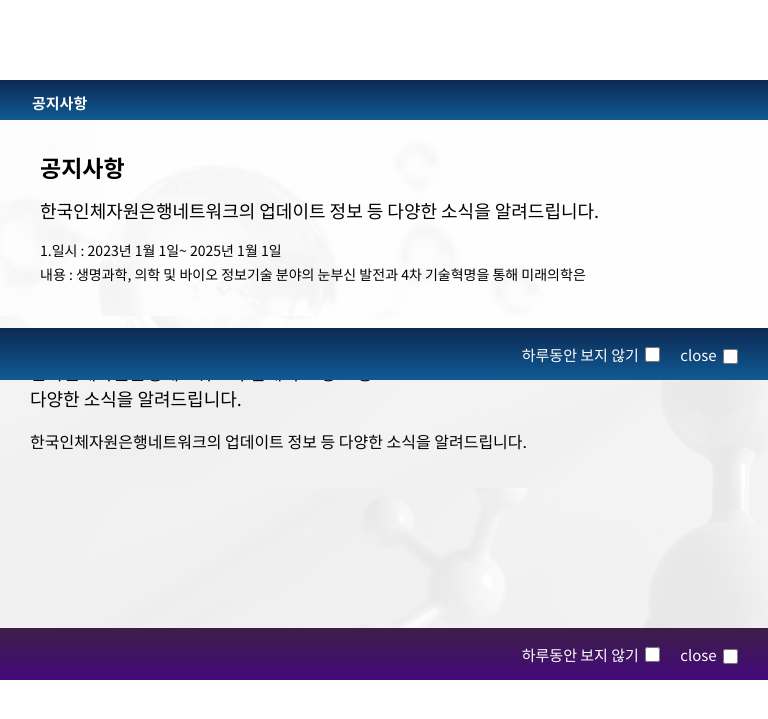
Repository: dlgywls1130/common_popup
Page: index.html
An editor plug-in stored every save of this project. The page is shown before and after the next save, followed by the edit.
The browser window is 768 px wide. The pictures show the whole page.

Above is the page before, as saved 2023-10-26 01:04:25.

After the next save:
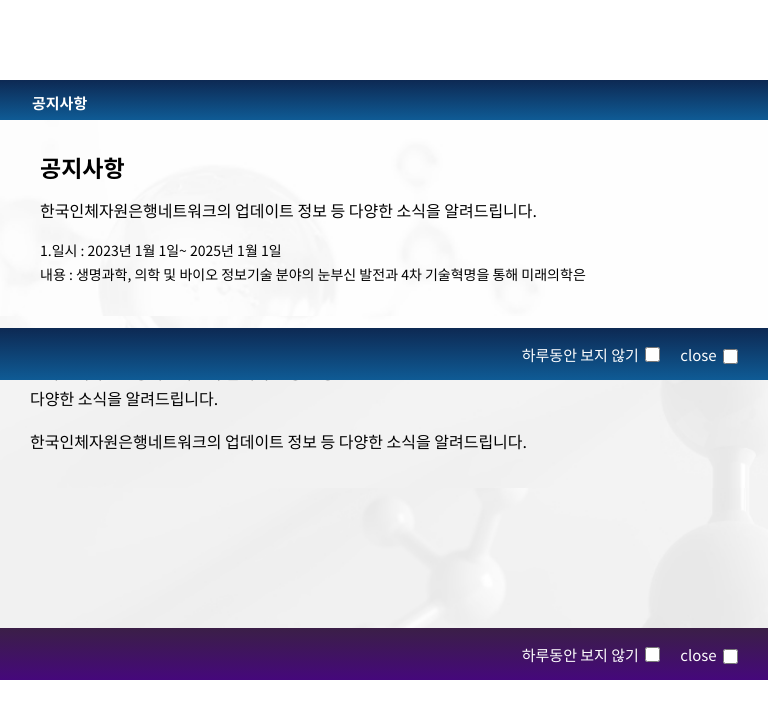
Saved 14 s later.
--- a/style.css
+++ b/style.css
@@ -229,7 +229,7 @@ time, mark, audio, video {
     }
 
     .common_body_span {
-        font-size: 18px;
+        font-size: 16px;
         line-height: 26px;
     }
 
